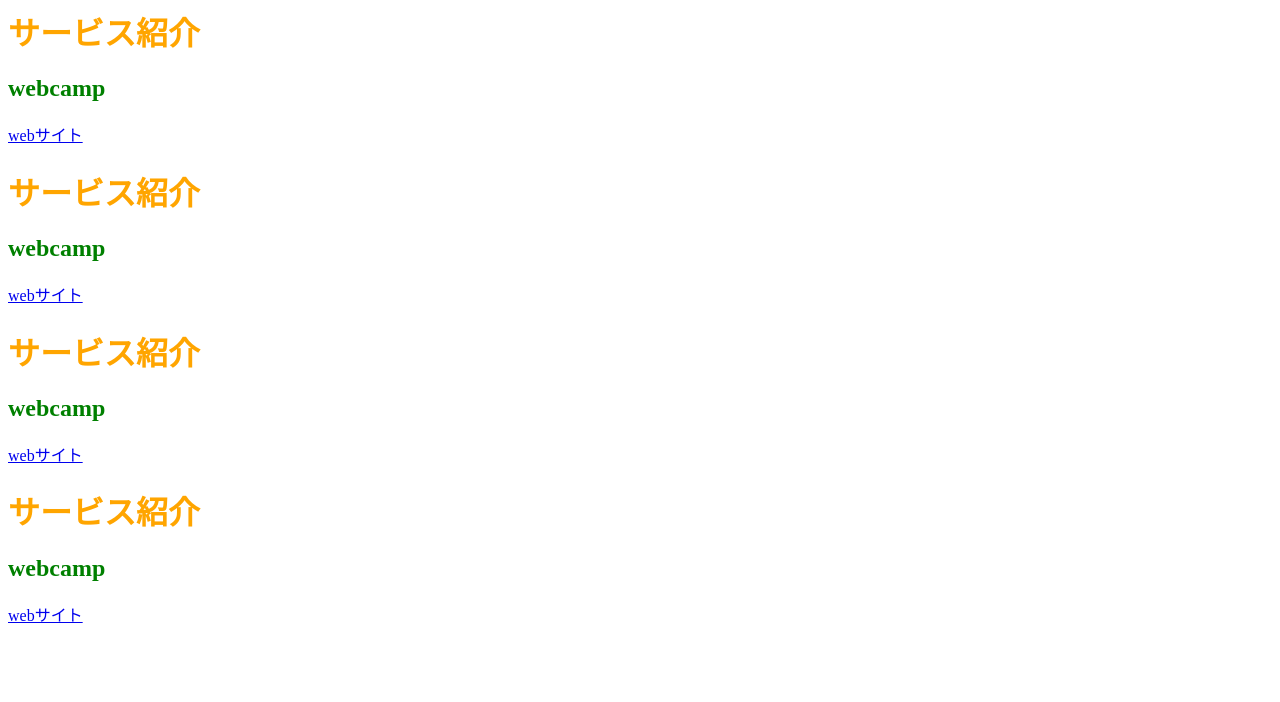
Repository: ego-boosting/assightment_1
Page: brush_up/index.html
The author's editor kept a record of every edit. The page is drawn from the files as they stood at one moment, then again after the next edit.
The browser window is 1280 px wide. The pictures show the whole page.

Above is the page before.

### brush_up/index.html
<!DOCTYP HTML>
<html lang = "ja">
  <head>
    <meta charset = "UTF-8" />
    <title>Gajyumaru</title>
    <link rel = "stylesheet" href = "style.css" />
  </head>

  <body>
    <h1>サービス紹介</h1>
    <h2>webcamp</h2>
    <p></p>
    <a href = "https://atsueigo.shop/" >webサイト</a>

    <h1>サービス紹介</h1>
    <h2>webcamp</h2>
    <p></p>
    <a href = "https://atsueigo.shop/" >webサイト</a>

    <h1>サービス紹介</h1>
    <h2>webcamp</h2>
    <p></p>
    <a href = "https://atsueigo.shop/" >webサイト</a>

    <h1>サービス紹介</h1>
    <h2>webcamp</h2>
    <p></p>
    <a href = "https://atsueigo.shop/" >webサイト</a>
  </body>
</html>

### brush_up/style.css
 h1{
  color: orange;
}

h2{
  color: green;
}

After the next edit:
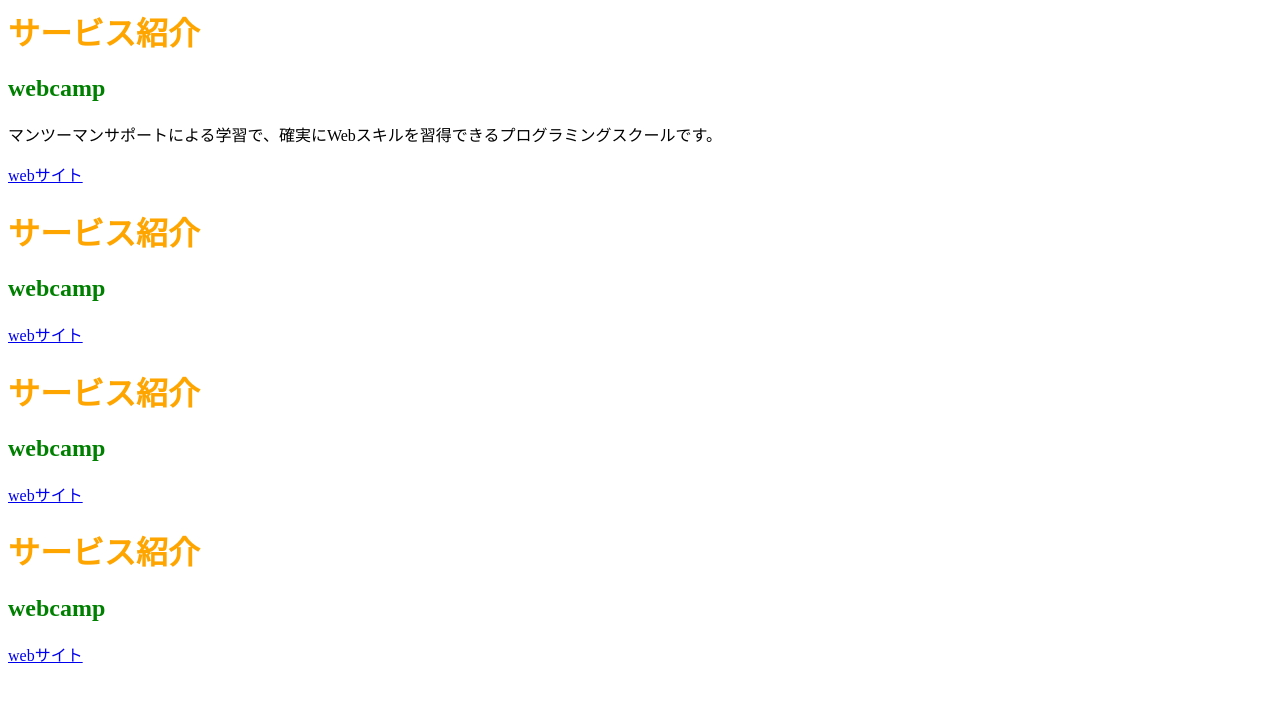
The edit:
--- a/brush_up/index.html
+++ b/brush_up/index.html
@@ -9,7 +9,7 @@
   <body>
     <h1>サービス紹介</h1>
     <h2>webcamp</h2>
-    <p></p>
+    <p>マンツーマンサポートによる学習で、確実にWebスキルを習得できるプログラミングスクールです。</p>
     <a href = "https://atsueigo.shop/" >webサイト</a>
 
     <h1>サービス紹介</h1>
